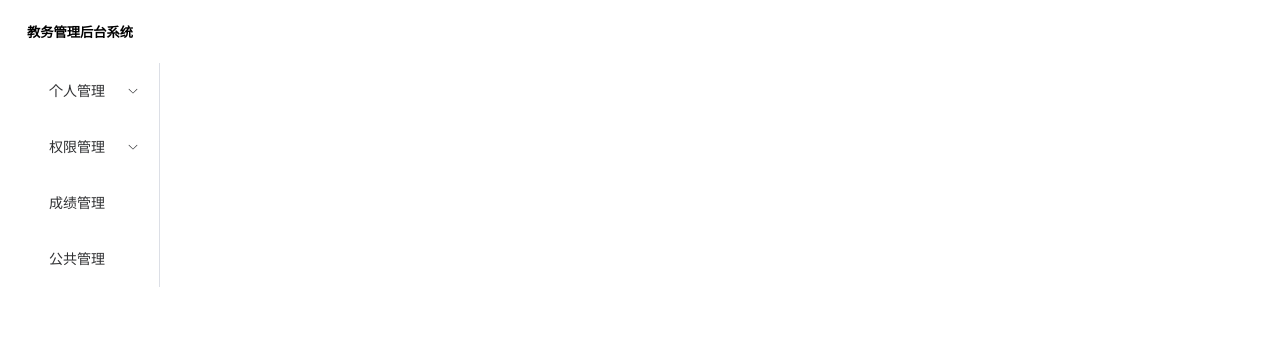
Repository: songlin-q/EducationalAdministrationSysTem
Page: /MainInfo (app in EducationalAdministrationSystemUI/educationsystem/)
These files come from the project's save history. The page is drawn as it stood at one moment and after a run of saves; the edit follows.
The browser window is 1280 px wide. The pictures show the whole page.
The project was rebuilt for these pictures with package versions that can differ from the ones it lists, and the page was loaded fresh each time. Also part of the build but not shown: EducationalAdministrationSystemUI/educationsystem/vue.config.js, EducationalAdministrationSystemUI/educationsystem/src/components/HelloWorld.vue, EducationalAdministrationSystemUI/educationsystem/src/components/Identity/IdentityCode.vue, EducationalAdministrationSystemUI/educationsystem/src/components/Identity/IdentityCode2.vue, EducationalAdministrationSystemUI/educationsystem/src/components/MainOne.vue.

Above is the page before, as saved 2022-05-24 11:38:38.

### EducationalAdministrationSystemUI/educationsystem/src/main.js

import { createApp } from 'vue'
import ElementPlus from 'element-plus'
import 'element-plus/dist/index.css'

import App from './App.vue'
import './assets/css/global.css'//引入全局样式表
import Router from './router/index'

// axios.defaults.baseURL="http://localhost:5072/";//基本路径

var app=createApp(App);
// app.config.globalProperties.$http=axios
app.use(ElementPlus);
app.use(Router);

app.mount('#app')

### EducationalAdministrationSystemUI/educationsystem/src/App.vue
<template>
  <router-view></router-view>
</template>

<script>
export default {
  name: "App",
};
</script>

<style>
#app {
  font-family: Avenir, Helvetica, Arial, sans-serif;
  -webkit-font-smoothing: antialiased;
  -moz-osx-font-smoothing: grayscale;
  text-align: center;
  color: #2c3e50;
  margin-top: 60px;
}
</style>

### EducationalAdministrationSystemUI/educationsystem/src/assets/css/global.css
/* 全局样式表 */
html,
body,
#app {
    height: 100%;
    margin: 0;
    padding: 0;
    color: black;
}

### EducationalAdministrationSystemUI/educationsystem/src/router/index.js
import { createWebHistory, createRouter,RootRecordRaw } from 'vue-router'//导入路由
import HelloWorld from '../components/HelloWorld.vue'
import MainInfo from '../components/MainInfo.vue'
import LoginInfo from '../components/LoginInfo.vue'
import MainOne from '../components/MainOne.vue'
//定义路由
const routes = [{
    path: '/',//组件一，path和component可以乱写，
                       //只要保持path与前面to，component和import两处相同即可
    component: LoginInfo,
    name:LoginInfo


},
{
    path: '/Reedit',//组件一，path和component可以乱写，
                       //只要保持path与前面to，component和import两处相同即可
    component: MainInfo,
    name:MainInfo,

},
{
    path: '/HelloWorld',//组件一，path和component可以乱写，
                       //只要保持path与前面to，component和import两处相同即可
    component: HelloWorld,
    name:HelloWorld,

},
{
    path: '/MainOne',//组件一，path和component可以乱写，
                       //只要保持path与前面to，component和import两处相同即可
    component: MainOne,
    name:MainOne,

},
{
    path: '/MainInfo',//组件一，path和component可以乱写，
                       //只要保持path与前面to，component和import两处相同即可
    component: MainInfo,
    name:MainInfo,

}
]
const router = createRouter({
    history: createWebHistory(),
    routes
  })

  export default router

### EducationalAdministrationSystemUI/educationsystem/src/components/MainInfo.vue
<template>
  <el-row class="tac">
    <el-col :span="3">
      <h5 class="mb-2">教务管理后台系统</h5>
      <el-menu
        default-active="2"
        class="el-menu-vertical-demo"
        @open="handleOpen"
        @close="handleClose"
      >
        <el-sub-menu index="1">
          <template #title>
            <el-icon><location /></el-icon>
            <span>个人管理</span>
          </template>
        </el-sub-menu>
        <el-sub-menu index="2">
          <template #title>
            <el-icon><icon-menu /></el-icon>
            <span>权限管理</span>
          </template>
          <el-menu-item index="1-1">角色管理</el-menu-item>
          <el-menu-item index="1-2">用户管理</el-menu-item>
        </el-sub-menu>
        <el-menu-item index="3">
          <el-icon><document /></el-icon>
          <span>成绩管理</span>
        </el-menu-item>
        <el-menu-item index="4">
          <el-icon><setting /></el-icon>
          <span>公共管理</span>
        </el-menu-item>
      </el-menu>
    </el-col>
  </el-row>
</template>
<script>
import {
  Document,
  Menu as IconMenu,
  Location,
  Setting,
} from "@element-plus/icons-vue";
import { GetJwtStr } from "../api/api";
export default {
  data() {
    return {
      values: "",
    };
  },
  methods: {
    requestHttp() {
      GetJwtStr().then((res) => {
        alert(res.data);
      });
    },
  },
};
</script>

### EducationalAdministrationSystemUI/educationsystem/src/components/LoginInfo.vue
<template>
  <div style="width: 100%; height: 100%" id="bcdiv">
    <el-row
      class="row-bg"
      justify="space-evenly"
      align="middle"
      style="height: 100%"
    >
      <el-col :span="8"
        ><div class="grid-content bg-purple">
          <el-row style="width: 100%" justify="space-evenly">
            <h1>教务管理后台系统</h1>
          </el-row>
          <!-- 头像显示 -->
          <el-row>
            <el-col justify="space-evenly" style="width: 100%">
              <div class="demo-basic--circle">
                <div class="block">
                  <el-avatar :size="200" :src="circleUrl" />
                </div>
              </div>
            </el-col>
          </el-row>
          <!-- 用户名、密码输入框 -->
          <el-row style="width: 100%" justify="space-evenly">
            <el-form>
              <el-form-item label="用户名" class="colors">
                <el-input v-model="longname" placeholder="Please input" />
              </el-form-item>
              <el-form-item label="密&nbsp;&nbsp;&nbsp;&nbsp;码" class="colors">
                <el-input
                  v-model="password"
                  placeholder="Please input"
                  show-password
                />
              </el-form-item>
              <el-form-item label="验证码" class="colors">
                <el-input v-model="code" placeholder="请输入验证码" />
                <span @click.stop="refreshCode" style="cursor: pointer">
                  <s-identify :identifyCode="identifyCode"></s-identify>
                </span>
              </el-form-item>
              <!-- 按钮 -->
              <el-form-item>
                <el-button type="primary" @click="login">登录</el-button>

                <el-button @click="cancel">取消</el-button>
              </el-form-item>
              <el-form-item>
                如果你还没有账号请先<a href="#" @click="dialogVisible = true"
                  >注册</a
                >
              </el-form-item>
            </el-form>
          </el-row>

          <!-- <router-link to="/Reedit">首页</router-link>
          <router-view></router-view> -->
        </div></el-col
      >
    </el-row>
    <el-dialog
      v-model="dialogVisible"
      title="注册"
      width="30%"
      :before-close="handleClose"
    >
      <span>
        <el-form :model="userInfo">
          <el-form-item label="用户名" class="colors">
            <el-input v-model="userInfo.username" placeholder="Please input" />
          </el-form-item>
          <el-form-item label="密&nbsp;&nbsp;&nbsp;&nbsp;码" class="colors">
            <el-input
              v-model="userInfo.userPassword"
              placeholder="Please input"
              show-password
            />
          </el-form-item>
          <el-form-item label="邮&nbsp;&nbsp;&nbsp;&nbsp;箱" class="colors">
            <el-input v-model="userInfo.userEmail" placeholder="Please input" />
          </el-form-item>
          <el-form-item label="手机号" class="colors">
            <el-input v-model="userInfo.userTel" placeholder="Please input" />
          </el-form-item>
          <el-form-item label="验证码" class="colors">
            <el-input v-model="userInfo.userCode" placeholder="请输入验证码" />
            <span @click.stop="refreshCode2" style="cursor: pointer">
              <SIdentify2 :identifyCode="regeditidentifyCode"></SIdentify2>
            </span>
          </el-form-item>
        </el-form>
      </span>
      <template #footer>
        <span class="dialog-footer">
          <el-button @click="dialogVisible = false">取消</el-button>
          <el-button type="primary" @click="regeditsFun">注册</el-button>
        </span>
      </template>
    </el-dialog>
  </div>
</template>
<script>
import logoUrl from "../assets/Head.jpg";
import { ref } from "vue";

//这里验证码的组件使用的最笨的方法，后续优化的话可以只使用一个组件，将ID传入到父组件中就可以了
import SIdentify from "../components/Identity/IdentityCode.vue";
import SIdentify2 from "../components/Identity/IdentityCode2.vue";

export default {
  data() {
    return {
      longname: "张三",
      password: "123456",
      email: "442534979@qq.com",
      code: "",
      regeditcode: "",
      circleUrl: logoUrl,
      phone: "15356479454",
      dialogVisible: ref(false), //弹出层的使用
      // 图片验证码
      identifyCode: "8Hy0", //默认值
      regeditidentifyCode: "u8y7", //注册验证码
      // 验证码规则
      identifyCodes: "3456789ABCDEFGHGKMNPQRSTUVWXY",
      //创建一个用户类
      userInfo: {
        username: "李四",
        userTel: "18737890098",
        userEmail: "18737890098@q63.com",
        userCode: "",
        userPassword: "lisi",
      },
    };
  },
  components: {
    SIdentify,
    SIdentify2,
  },
  methods: {
    //登录方法
    login() {
      if (this.identifyCode.toLowerCase() == this.code.toLowerCase()) {
        //使用路由进行页面跳转
        this.$router.push({
          path: "/MainInfo",
        });
      } else {
        alert("你输入的验证码不正确!");
      }
    },
    //取消方法
    cancel() {
      alert("你已经取消登录!");
    },
    // 切换验证码
    refreshCode() {
      this.identifyCode = "";

      this.makeCode(this.identifyCodes, 4);
    },
    refreshCode2() {
      this.regeditidentifyCode = "";

      this.makeCode2(this.identifyCodes, 4);
    },
    // 生成随机验证码
    makeCode(o, l) {
      for (let i = 0; i < l; i++) {
        this.identifyCode +=
          this.identifyCodes[
            Math.floor(Math.random() * (this.identifyCodes.length - 0) + 0)
          ];
      }
    },
    makeCode2(o, l) {
      for (let i = 0; i < l; i++) {
        this.regeditidentifyCode +=
          this.identifyCodes[
            Math.floor(Math.random() * (this.identifyCodes.length - 0) + 0)
          ];
      }
    },

    //注册方法
    regeditsFun() {
      alert("你已经在注册了");
      this.dialogVisible = false;
    },
  },
};
</script>
<style>
#bcdiv {
  /* background-image: url(../assets/background.jpeg); */
  width: 100%;
  height: 100%;
  position: fixed;
  background-size: 100% 100%;
}
#LoginMainDiv {
  width: 30%;
  height: 50%;
  background-color: aqua;
}
.colors .el-form-item__label {
  color: black;
}
.demo-basic {
  text-align: center;
}
.el-row {
  margin-bottom: 1.25rem;
}
.el-row:last-child {
  margin-bottom: 0;
}
.el-col {
  border-radius: 0.25rem;
  /* background-color: antiquewhite; */
}

.bg-purple {
  height: 34.375rem;
}
.grid-content {
  border-radius: 0.25rem;
  min-height: 2.25rem;
}
</style>

### EducationalAdministrationSystemUI/educationsystem/src/api/api.js

import {doPost,doGet} from './commonRequest'

export function GetJwtStr(query) {
    return doPost('/api/Login/GetTokenInfo', query)
}

### EducationalAdministrationSystemUI/educationsystem/src/api/commonRequest.js
//公共模板方法
import request from '../utils/request'

export function doPost(url, data) {
    return request({
      url: url,
      method: 'post',
      data
    })
  }
  export function doGet(url, params) {
    return request({
      url: url,
      method: 'get',
      params
    })
  }
  // 导出Excel公用方法
export function exportMethod(url, data, filename) {
    return request({
        method: 'post',
        url: url,
        data,
        responseType: 'blob'
    }).then((res) => {
      console.log('文件开始处理')
      console.log(res)

        const link = document.createElement('a')
        const blob = new Blob([res], { type: 'application/vnd.openxmlformats-officedocument.spreadsheetml.sheet' })// { type: 'application/vnd.ms-excel' })
        link.style.display = 'none'
        link.href = URL.createObjectURL(blob)

        // link.download = res.headers['content-disposition'] //下载后文件名
        link.download = filename // 下载的文件名
        document.body.appendChild(link)
        link.click()
        document.body.removeChild(link)
    }).catch(error => {
        this.$Notice.error({
            title: '错误',
            desc: '网络连接错误'
        })
        console.log(error)
    })
  }

### EducationalAdministrationSystemUI/educationsystem/src/utils/request.js
import axios from 'axios'


// 配置访问后台接口地址
const service = axios.create({
    baseURL: "http://localhost:5072/",
    // withCredentials: true, // send cookies when cross-domain requests
    timeout: 60000 // request timeout
})

// request interceptor
export default service

Loaded but not shown: EducationalAdministrationSystemUI/educationsystem/public/index.html (common file)

After the next 5 saves:
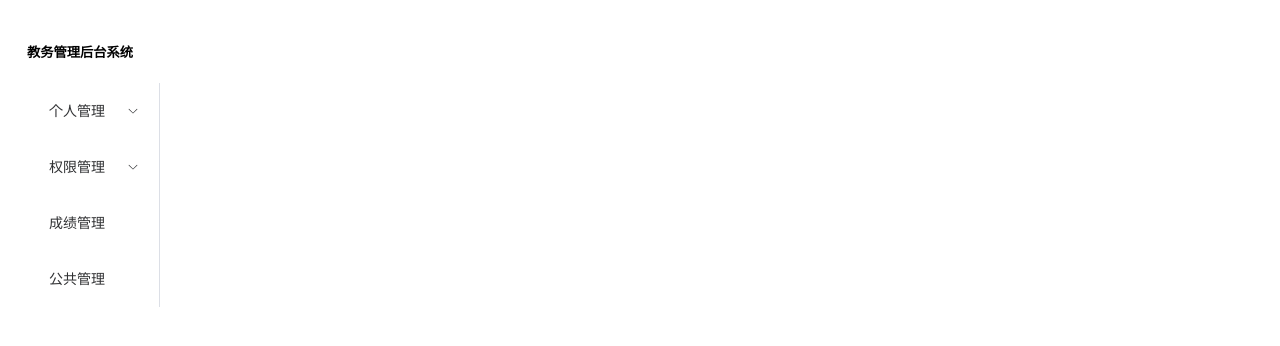
The 5 saves are shown as one change because they came seconds apart.
The last was saved 8 min 36 s later.
--- a/EducationalAdministrationSystemUI/educationsystem/src/components/MainInfo.vue
+++ b/EducationalAdministrationSystemUI/educationsystem/src/components/MainInfo.vue
@@ -1,4 +1,7 @@
 <template>
+<el-row>
+
+</el-row>
   <el-row class="tac">
     <el-col :span="3">
       <h5 class="mb-2">教务管理后台系统</h5>
